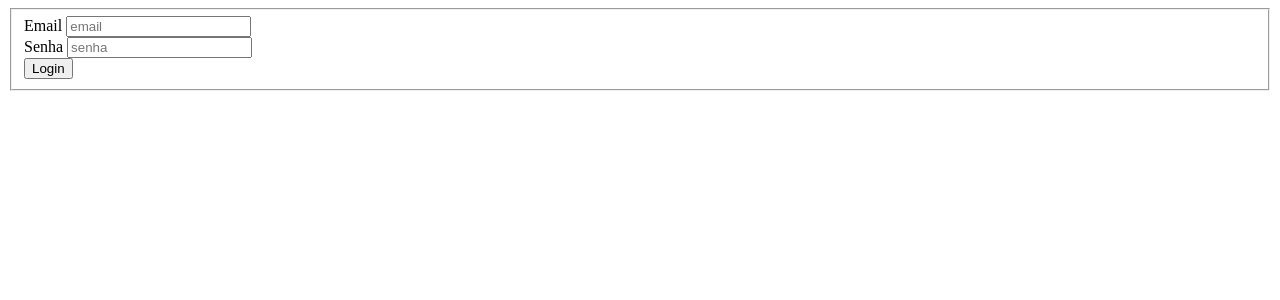
Repository: moises2112/Projetos
Page: http://localhost/Dog/LoginController.do?action=logar
The author's editor kept a copy of each file at every save. The page is drawn from the files as they stood at one save, then again after the next save.
The browser window is 1280 px wide. The pictures show the whole page.
The page is served by Tomcat 9.

Above is the page before, as saved 2017-06-09 01:32:38.

After the next save:
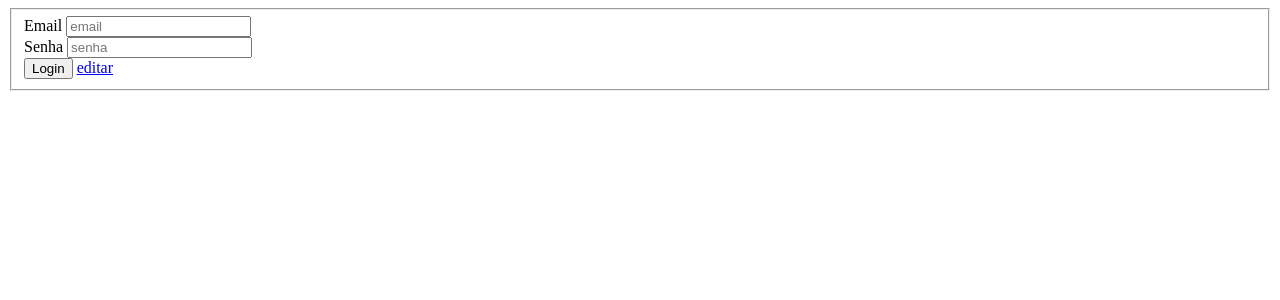
Saved 3 min 23 s later.
--- a/Dog/WebContent/login.jsp
+++ b/Dog/WebContent/login.jsp
@@ -22,7 +22,7 @@
 			</div>
 			<div>
 				<input type="submit" value="Login" />
-
+				<a href="UsuarioController.do?action=logar" role="button">editar</a>
 			</div>
 
 		</fieldset>
